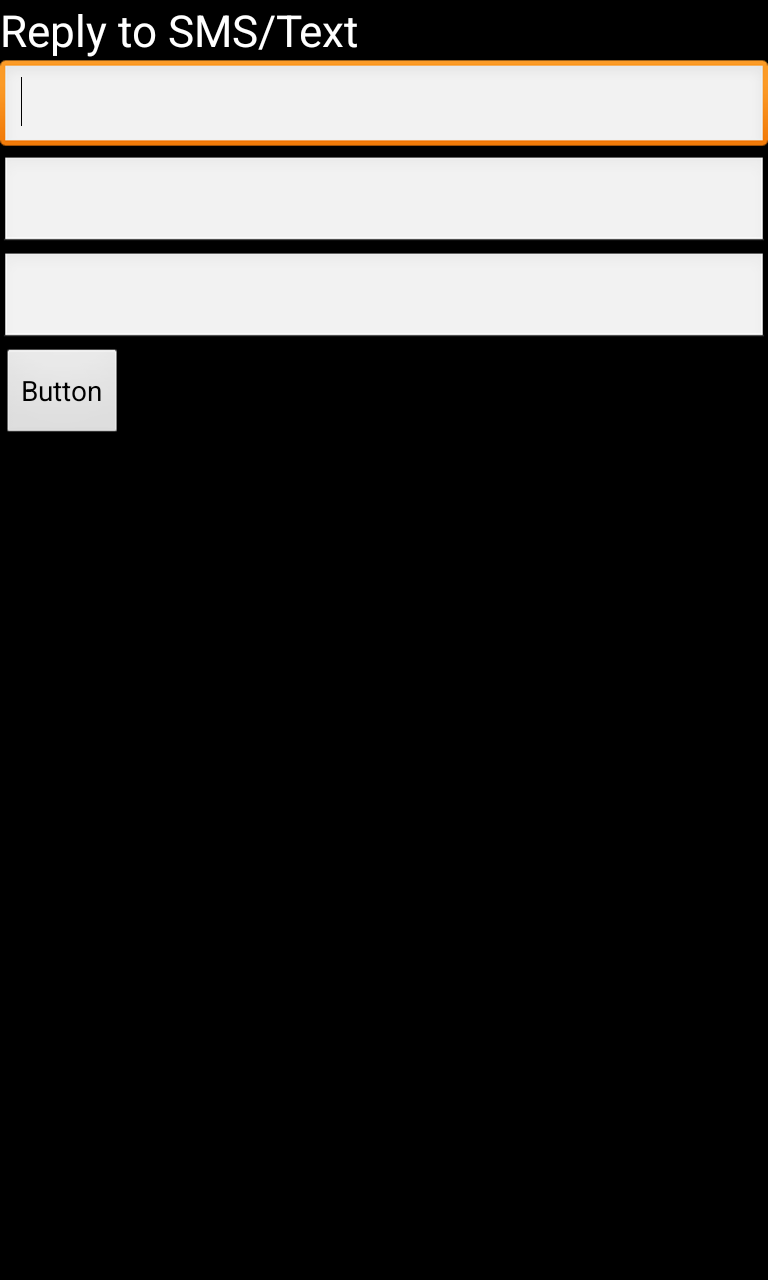
Repository: smartapps08/addteqtutorials
Layout: BroadcastReceiver tutorial/res/layout/main.xml
These files come from the project's save history. The layout is drawn as it stood at one moment and after the next save; the edit follows.
It is drawn on a 768 x 1280 px phone screen (xhdpi) without system bars, with theme android:Theme; the app's code is not run.

Above is the layout before, as saved 2012-06-08 15:29:44.

### BroadcastReceiver tutorial/res/layout/main.xml
<?xml version="1.0" encoding="utf-8"?>
<LinearLayout xmlns:android="http://schemas.android.com/apk/res/android"
    android:layout_width="fill_parent"
    android:layout_height="fill_parent"
    android:orientation="vertical" >

    <TextView
        android:id="@+id/textView1"
        android:layout_width="wrap_content"
        android:layout_height="wrap_content"
        android:text="Reply to SMS/Text"
        android:textAppearance="?android:attr/textAppearanceLarge" />

    <EditText
        android:id="@+id/etNumber"
        android:layout_width="match_parent"
        android:layout_height="wrap_content"
        android:ems="10"
        android:inputType="phone" >

        <requestFocus />
    </EditText>

    <EditText
        android:id="@+id/etReceivedText"
        android:layout_width="match_parent"
        android:layout_height="wrap_content"
        android:ems="10" />

    <EditText
        android:id="@+id/etReplyText"
        android:layout_width="match_parent"
        android:layout_height="wrap_content"
        android:ems="10" />

    <Button
        android:id="@+id/button1"
        android:layout_width="wrap_content"
        android:layout_height="wrap_content"
        android:text="Button" />

</LinearLayout>

After the next save:
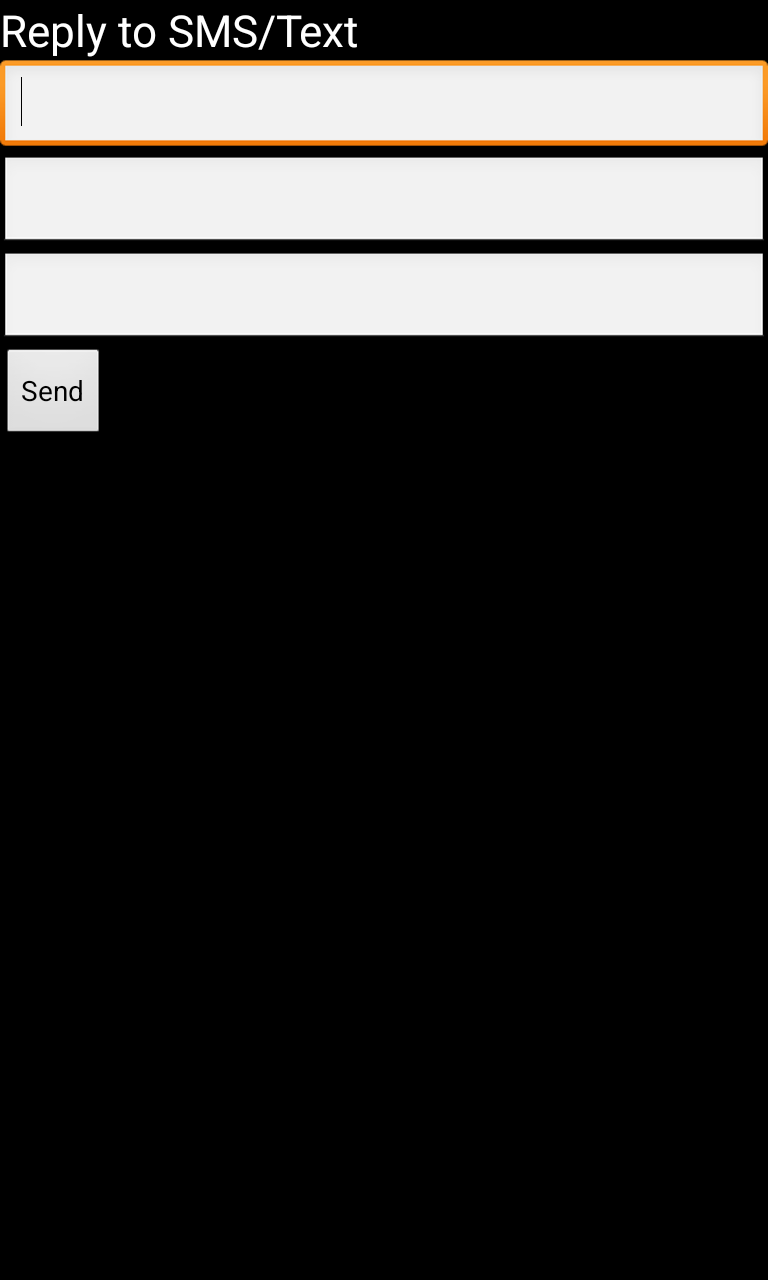
Saved 16 s later.
--- a/BroadcastReceiver tutorial/res/layout/main.xml
+++ b/BroadcastReceiver tutorial/res/layout/main.xml
@@ -34,9 +34,9 @@
         android:ems="10" />
 
     <Button
-        android:id="@+id/button1"
+        android:id="@+id/btnSend"
         android:layout_width="wrap_content"
         android:layout_height="wrap_content"
-        android:text="Button" />
+        android:text="Send" />
 
 </LinearLayout>
